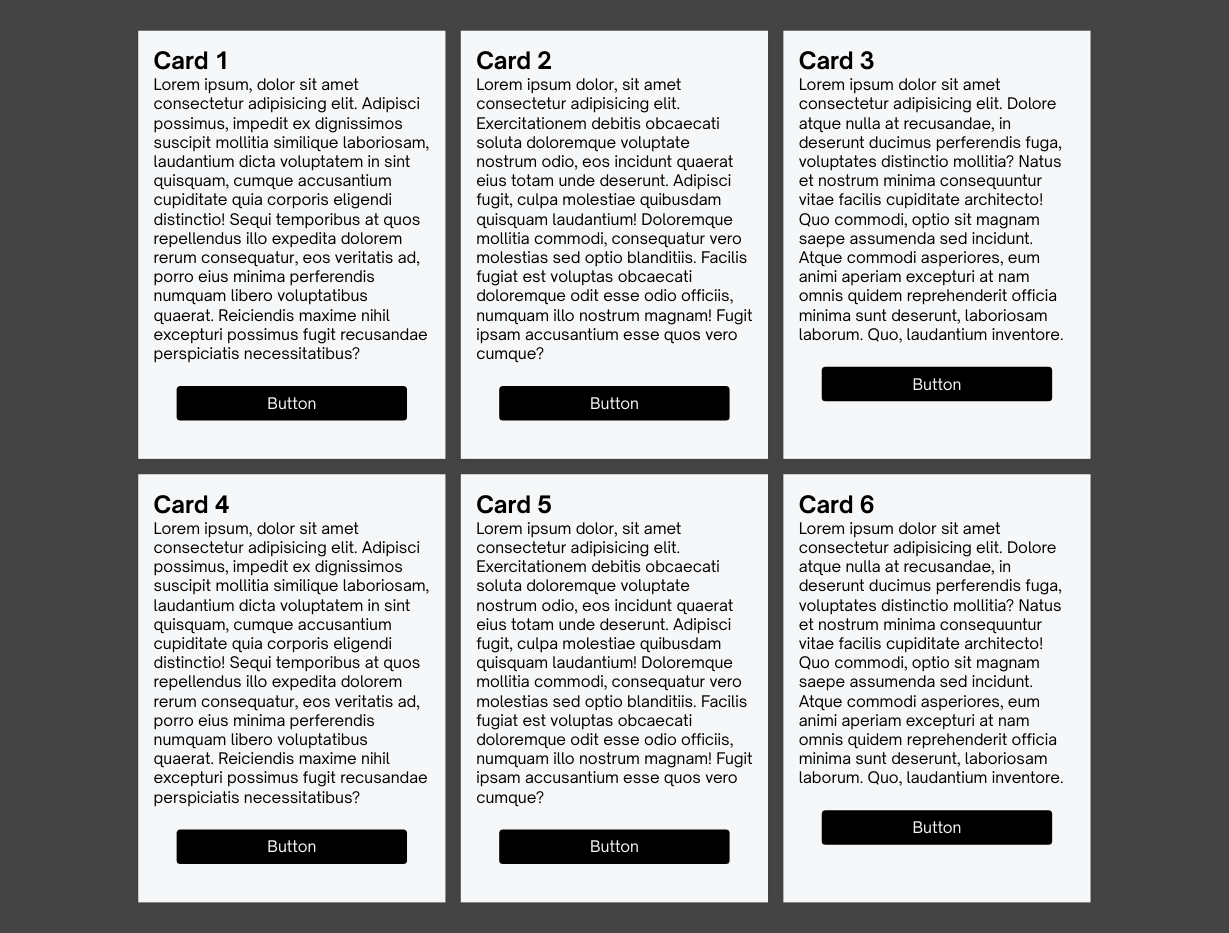
Repository: jchukwuezi/resuable-components
Page: cards/card.html
An editor plug-in stored every save of this project. The page is shown before and after the next save, followed by the edit.
The browser window is 1280 px wide. The pictures show the whole page, at 96% of full size.

Above is the page before, as saved 2022-05-19 14:41:00.

After the next save:
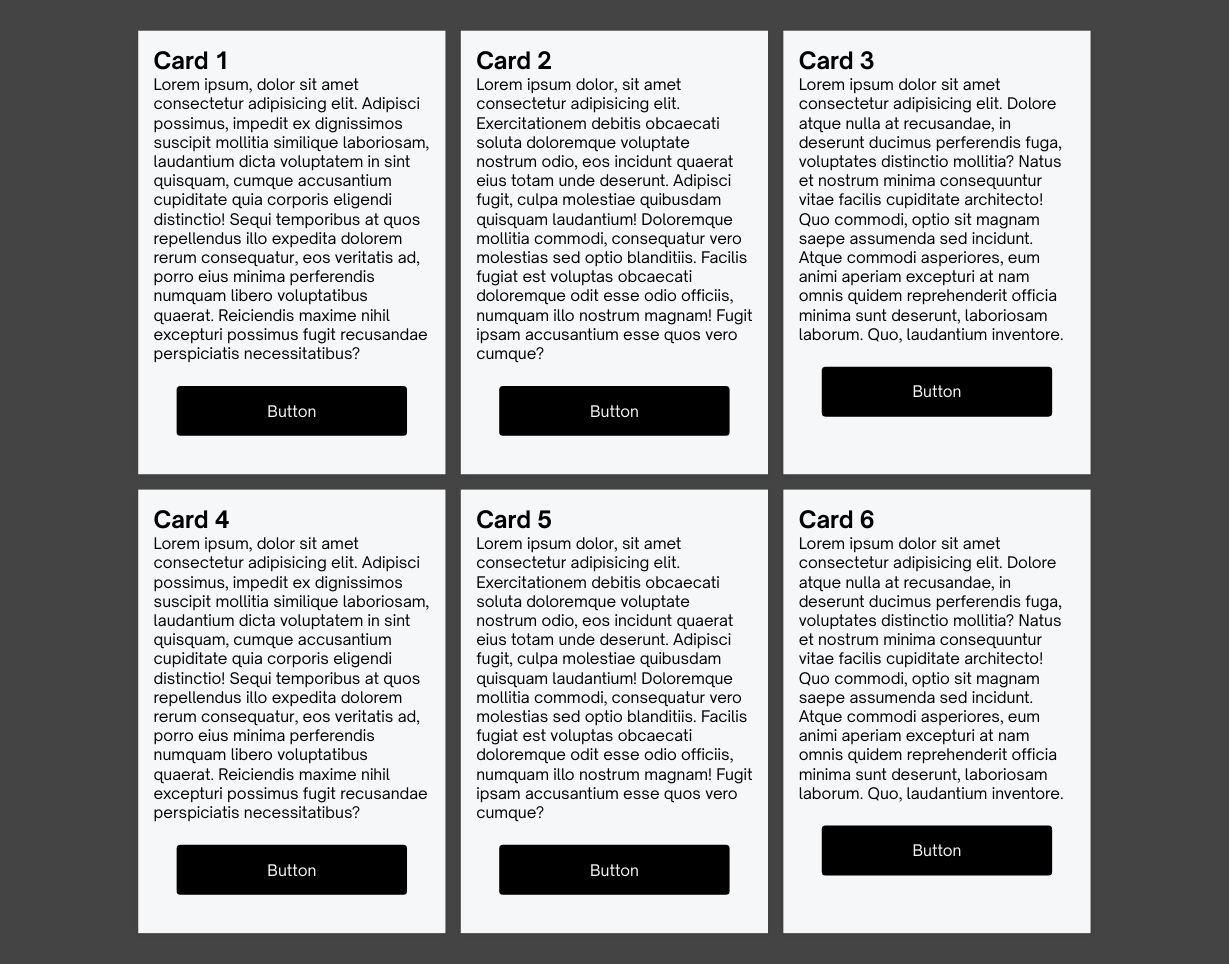
Saved 24 s later.
--- a/cards/card.css
+++ b/cards/card.css
@@ -74,5 +74,5 @@
     text-decoration: none;
     color: var(--grey);
     background-color: var(--black);
-    padding: 0.5rem 1rem;
+    padding: 1rem 0.5rem;
 }

After the save that followed:
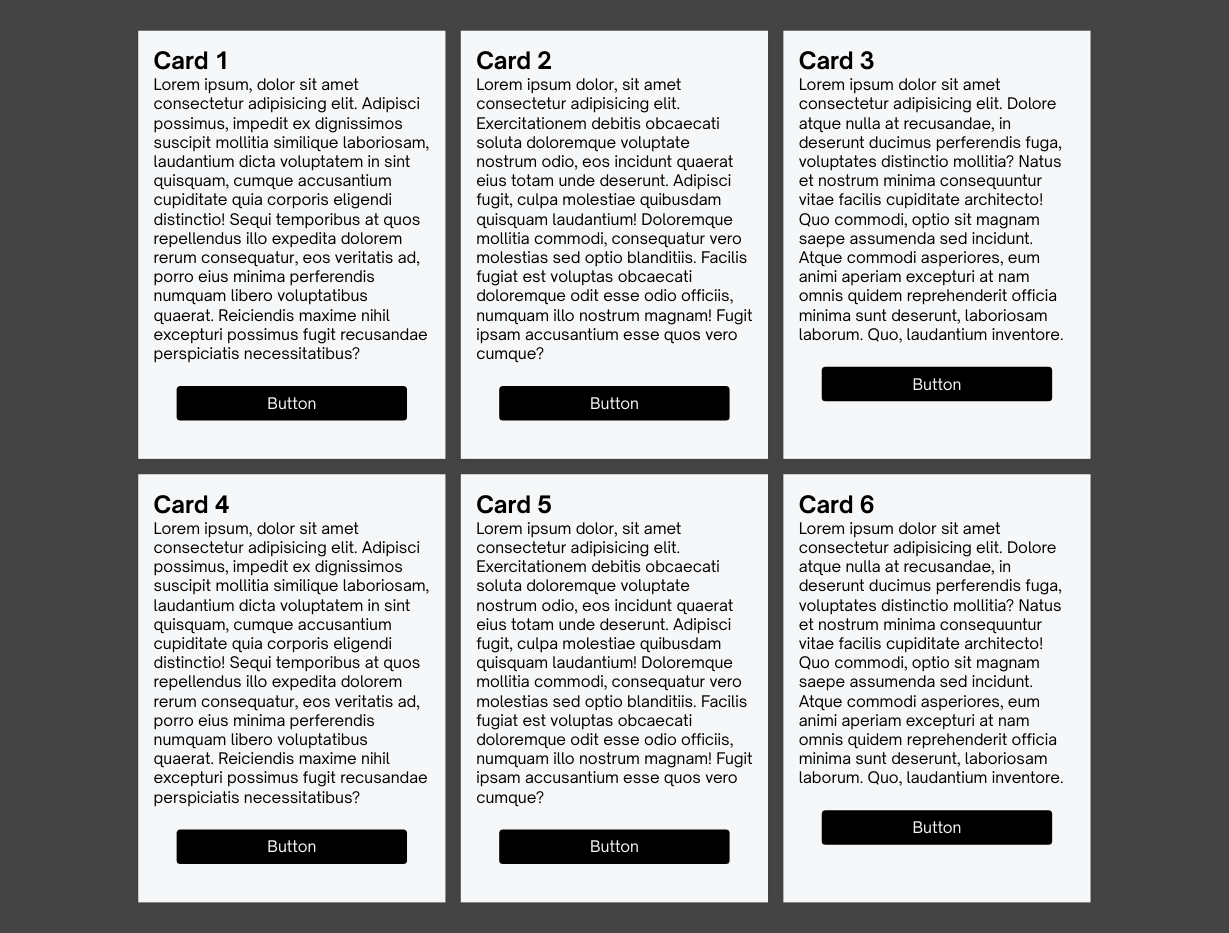
Saved 4 s later.
--- a/cards/card.css
+++ b/cards/card.css
@@ -74,5 +74,5 @@
     text-decoration: none;
     color: var(--grey);
     background-color: var(--black);
-    padding: 1rem 0.5rem;
+    padding: 0.5rem;
 }
